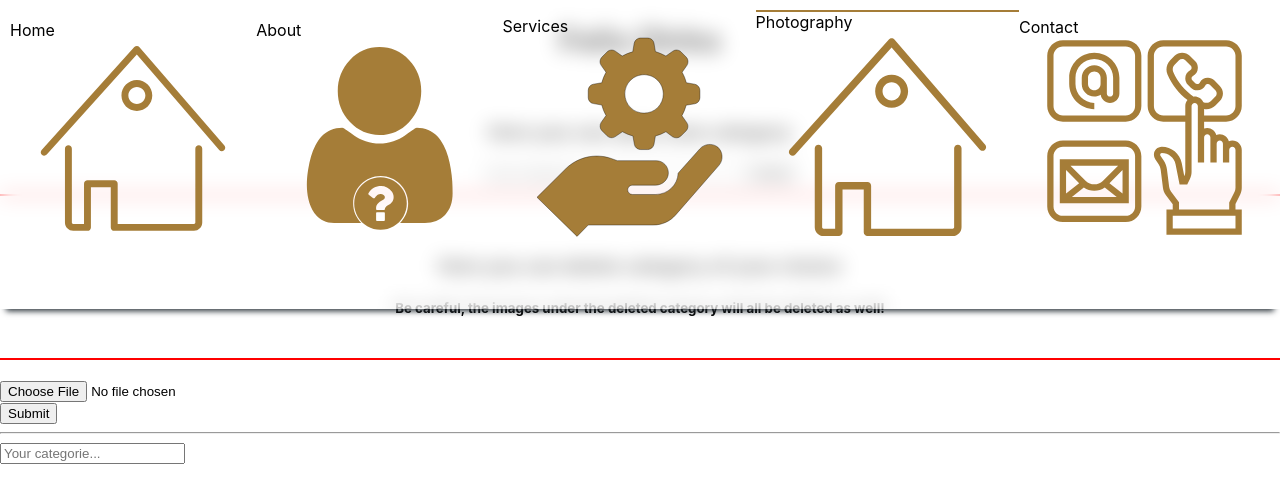
Repository: muhanad-musawi/backend-projekt-frondend
Page: /Photography (app in pohtographer/)
An editor plug-in stored every save of this project. The page is shown before and after a run of saves, followed by the edit.
The browser window is 1280 px wide. The pictures show the whole page.
The page's requests for data from a server got no answer. The project was rebuilt for these pictures with package versions that can differ from the ones it lists, and the page was loaded fresh each time. The framework's server and built-in components were replaced by stand-ins that run in the browser. No one was signed in, and anything a server would have sent is missing. Also part of the build but not shown: pohtographer/next.config.js, pohtographer/styles/Footer.module.css.

Above is the page before, as saved 2022-03-24 09:43:29.

### pohtographer/pages/_app.js
import '../styles/globals.css'
import Layout from '../layouts/default'

function MyApp({ Component, pageProps }) {


  const getLayout = Component.getLayout
  || ((page) => (<Layout>{page}</Layout>))

  return  getLayout (<Component {...pageProps} />


  )

}

export default MyApp

### pohtographer/pages/Photography.jsx
import styles from "../styles/Photography.module.css";
import Image from "next/image";
import { useState, useEffect } from "react";
import GetAllCategory from "../components/GetAllCategory";
import AddCategory from "../components/AddCategory";
import DeleteCategory from "../components/DeleteCategory";
import AddPhoto from "../components/AddPhoto";
import CategorieImage from "../components/CategorieImage";

function Photography() {

  const initialInput = {
    categorie: "",
  };

  const [categories, setCategories] = useState([]);
  const [inputs, setInputs] = useState(initialInput);
  const [param, setParam] = useState("")


  useEffect(() => {
    fetchCategoriesData();
  }, []); //Dependancy Array

  const BACKEND_URL =
    process.env.NEXT_PUBLIC_BACKEND_URL; /* || 'http://localhost:4000' */
  const RECORDS_PATH = BACKEND_URL + "/photo-gallery/all";

  //console.log(BACKEND_URL);

  // get all categorie  ↓

  const fetchCategoriesData = async () => {
    /*'http://localhost:4000/photo-gallery'*/

    await fetch(RECORDS_PATH)
      .then((response) => response.json())
      .then((data) => {
        //console.log("data" + data)
        setCategories(data);
        //console.log("categorie" + categories)
      })
      .catch((err) => console.log(err));
  };

  // get all categorie ↑

  // new categorie Add ↓

  function handleInputChange(event) {
    const value = event.target.value;
    const name = event.target.name;
    setInputs({
      ...inputs,
      [name]: value,
    });
  }
  console.log(inputs);
  const Categorie_PATH = BACKEND_URL + "/photo-gallery/new";

  const fetchCategoryAddData = (category) => {
    console.log("category:" + category);

    /*'http://localhost:4000/records'*/

    const categoryJson = JSON.stringify(category);
    fetch(Categorie_PATH, {
      method: "POST",
      headers: {
        "Content-Type": "application/json",
      },
      body: categoryJson,
    })
      .then((response) => {
        if (response.status !== 201) {
          alert("An Error occured");
          return;
        } else {
          fetchCategoriesData(); //router.reload(window.location.pathname) //navigate("/Photography", { replace: true });
          return response.json();
        }
      })
      .catch((err) => console.log(err));
  };

  function handleSubmit(event) {
    event.preventDefault();
    if (
      categories.find((category) => category.categorie === inputs.categorie)
    ) {
      alert("category exist");
    } else {
      const newCategory = {
        ...inputs,
      };
      fetchCategoryAddData(newCategory);
    }
  }

  // New categorie add ↑

  // categorie delete ↓

  async function onDelete(id) {
    let check = prompt("Type YES to delete");
    if (check === "YES" || check === "yes") {
      console.log("id", id);
      await fetch(BACKEND_URL + `/photo-gallery/${id}`, {
        method: "delete",
      })
        .then((response) => {
          if (response.status !== 200) {
            return;
          } else {
            //Wenn wir die API selber besitzen
            //fetchUserData()
            setCategories(
              categories.filter((category) => {
                return category._id !== id;
              })
            );
          }
        })
        .catch((error) => console.log(error));
    } else {
      alert("Wrong Delete");
    }
  }

  const handleInputChangeCategory = (e) =>{
    setParam(e.target.value.toLowerCase())
  }

  // categorie delete ↑

  return (
    <div>
      <div className={styles.addCategory}>
        <AddCategory
          inputs={inputs}
          handleSubmit={handleSubmit}
          handleInputChange={handleInputChange}
        />
      </div>

      <div className={styles.deleteCategory}>
        <DeleteCategory categories={categories} onDelete={onDelete} />
      </div>

      <div>

     <AddPhoto categories={categories}/>
     <input onChange={handleInputChangeCategory} type="text" placeholder="Your categorie..."/>
     </div>


      <div>
        <GetAllCategory categories={categories} />
      </div>


     <div>

       <CategorieImage
        categories={categories}
        param={param}
        />
     </div>


    </div>
  );
}

export default Photography;

### pohtographer/styles/globals.css
html,
body {
  padding: 0;
  margin: 0;
  font-family: -apple-system, BlinkMacSystemFont, Segoe UI, Roboto, Oxygen,
    Ubuntu, Cantarell, Fira Sans, Droid Sans, Helvetica Neue, sans-serif;
}

a {
  color: inherit;
  text-decoration: none;
}

* {
  box-sizing: border-box;
}

### pohtographer/layouts/default.jsx

import Header from '../components/Header'

import Footer from '../components/Footer'
import Head from 'next/head'


function Layout ({children}) {
  return (
    <div>
       <Header/>
       <Head>
        <title>my-App</title>
        <meta name="description" content="Generated by create next app" />
        <link rel="icon" href="/favicon.ico" />
      </Head>
      {children}
      <Footer/>
    </div>
  )
}

export default Layout

### pohtographer/styles/Photography.module.css
 .addCategory {
   text-align: center;
   margin: 10px 0;
   padding: 10px 0;
   border-bottom: 2px solid red;
 }

 .deleteCategory {
  text-align: center;
  margin: 20px 0;
  padding: 20px 0;
  border-bottom: 2px solid red;
 }

 .deleteCategoryBTN {
   display: flex;
   justify-content: space-evenly;
   align-items: center;

 }

### pohtographer/components/GetAllCategory.jsx
import styles from '../styles/GetAllCategory.module.css'




function GetAllCategory ({categories}){

  return (
    <div className={styles.imageCategory} >
      {categories.map((category, index) => (
        <div key={index}>
          <ul className={styles.ulCategory} key={index}>
            <li key={index}>{category.categorie} </li>
          </ul>
        </div>
      ))}
    </div>
  );
};

export default GetAllCategory;

### pohtographer/components/AddCategory.jsx
import styles from '../styles/AddCategory.module.css'


function AddCategory({handleSubmit , inputs ,   handleInputChange}) {
  return (
    <div>
      <h3>Here you can add a new category</h3>
      <form className="addRecordsForm" action="" onSubmit={handleSubmit}>
        <input
          type="text"
          name="categorie"
          placeholder=" new categorie"
          value={inputs.categorie}
          size="30"
          maxLength="50"
          onChange={handleInputChange}
        ></input>
        <input type="submit" value="Send" />
      </form>
    </div>
  )
}

export default AddCategory

### pohtographer/components/DeleteCategory.jsx
import styles from "../styles/DeleteCategory.module.css";

function DeleteCategory({ categories, onDelete }) {
  return (
    <div>
      <h3>Here you can delete category of your choice</h3>
      <h5>
        Be careful, the images under the deleted category will all be deleted as
        well!
      </h5>
      <div className={styles.deleteCategoryBTN}>
        {categories.map((category, index) => (
          <div>
            <div key={index}>
              <button onClick={() => onDelete(category._id)}>
                🗑️ {category.categorie}
              </button>
            </div>
          </div>
        ))}
      </div>
    </div>
  );
}

export default DeleteCategory;

### pohtographer/components/AddPhoto.jsx
 import {useState} from 'react'

 function AddPhoto({categories}) {
  const BACKEND_URL = process.env.NEXT_PUBLIC_BACKEND_URL;
  const RECORDS_PATH = BACKEND_URL + "/photos/new";

  const API_PHOTO_NAME = "uploaded_file"

  const [newFile, setNewFile] = useState({ photo: "" });
  const [photoCategorie, setPhotoCategorie] = useState("events");
  const [imageSrc, setImageSrc] = useState(""); // Bild als Daten (String)

  const handleSubmit = async (e) => {

    e.preventDefault();
    const formData = new FormData();
    formData.append(API_PHOTO_NAME, newFile.photo);
    //console.log( "formData"+formData)
    //console.log("categorie"+photoCategorie)

    await fetch(RECORDS_PATH , {
      method: "POST",
      body: formData,
    })
    .then((response)=>{
      console.log("response" + response.status)
      if(response.status === 201){
        alert("Image was saved!")
        setNewFile("");
        setImageSrc("")
        setPhotoCategorie("")
      } else{
        alert("Some Error occured")
      }
    })
    .catch((error)=>console.log(error))
  };

  const handlePhoto = (e) => {
    const [file] = e.target.files;
    if (file) {
      setImageSrc(URL.createObjectURL(file));
    }
    setNewFile({ photo: file });
  };

  return (
    <div>
      <form onSubmit={handleSubmit} encType="multipart/form-data">
        <input
          type="file"
          accept=".png, .jpg, .jpeg"
          name="photo"
          onChange={handlePhoto}
        />
        <br />
        {imageSrc.length === 0 ? null : (
          <div>
            Image Preview...
            <img width="20%" height="auto" src={imageSrc} alt="text" />
          </div>
        )}

         {categories.map((categorie, index) => <span key={index} >{categorie.categorie}</span>)}

        {/*
        <select onChange={(e)=>setPhotoCategorie(e.target.value)}>
          {categories.map((categorie, index) => <option key={index} value={categorie}>{categorie}</option>)}
        </select>
        */}
        <input type="submit" />
        <hr />
      </form>
    </div>
  );
}
export default AddPhoto;

### pohtographer/components/CategorieImage.jsx
import React, { useEffect, useState } from 'react';
import styles from '../styles/CategorieImage.module.css';

function CategorieImage({categories, param}) {

  const [images,setImages] = useState([]);

  useEffect(()=>{
    fetchAllImages()
  }, [])

  const fetchAllImages = async () => {

    const BACKEND_URL =
    process.env.NEXT_PUBLIC_BACKEND_URL; /* || 'http://localhost:4000' */
    const RECORDS_PATH = BACKEND_URL + "/photos/all";
    /*'http://localhost:4000/photos/all'*/

    await fetch(RECORDS_PATH)
      .then((response) => response.json())
      .then((data) => {
        //console.log("data" + data)
        setImages(data);
        //console.log("categorie" + categories)
      })
      .catch((err) => console.log(err));
  };


 // events muss durch user input ausgetauscht werden in der filter funktion fuer die darstellung
 //  {images.filter(image.pathCategorie==="events").map((image,

  if (categories.includes(param)) {
    return(
      images.filter(image.pathCategorie===param).map((image,
        <div key={index}>
          <img src={image.path} alt="picture"/>
        </div>
      ))
    )
  }
  return (
    <div className= {styles.imgMap} >
      {
        images.map((image, index) => (
          <div className={styles.imgContainer} key={index}>
            <img className={styles.img} src={image.path} alt="picture"/>
          </div>
        ))
      }
    </div>
  )
}

export default CategorieImage

### pohtographer/components/Header.jsx
import Link from 'next/link'
import Image from 'next/image'
import home from '../img/home.svg'
import about from '../img/about.svg'
import service from '../img/service.svg'
import experience from '../img/experience.svg'
import contact from '../img/contact.svg'

import styles from '../styles/Header.module.css'
import { useRouter } from "next/router";



function Header() {

  const router = useRouter();

  return (
    <div className={styles.navbarCenter} >
      <h1 className={styles.logoName}>Felix Dirks</h1>
    <div className={styles.headerLinks}>

        <Link href="/">
          <a className={router.pathname == "/" ? styles.active : ""}><span className='desktopVersion'>Home</span>
        <span className='mobileVersion'>

        <Image src={home} alt="home" />

        </span></a>
        </Link>

        <Link href="/About">
          <a className={router.pathname == "/About" ? styles.active : ""}>
          <span className='desktopVersion'>About</span>
        <span className='mobileVersion'>

        <Image src={about} alt="home" />

        </span>
          </a>
        </Link>

        <Link href="/Services">
          <a className={router.pathname == "/Services" ? styles.active  : ""}>
          <span className='desktopVersion'>Services</span>
        <span className='mobileVersion'>

        <Image src={service} alt="home" />

        </span>
          </a>
        </Link>

        <Link href="/Photography">
          <a className={router.pathname == "/Photography" ? styles.active  : ""}>
          <span className='desktopVersion'>Photography</span>
        <span className='mobileVersion'>

        <Image src={home} alt="home" />

        </span>
          </a>
        </Link>

        <Link href="/Contact">
          <div className={router.pathname == "/Contact" ? styles.active : ""}>
          <span className='desktopVersion'>Contact</span>

        <span className='mobileVersion'>

        <Image src={contact} alt="contact" />

        </span>
          </div>
        </Link>

        </div>

    </div>
  )
}

export default Header

### pohtographer/components/Footer.jsx
import styles from '../styles/Footer.module.css'

function Footer() {
  return (
    <div className={styles.footer} >

    </div>
  )
}

export default Footer

### pohtographer/styles/GetAllCategory.module.css

.imageCategory{
  display: flex;
  justify-content: space-evenly;

}

.ulCategory{
  list-style-type: none;
 }

### pohtographer/styles/DeleteCategory.module.css

.deleteCategoryBTN {
  display: flex;
  justify-content: space-evenly;
  align-items: center;

}

### pohtographer/styles/CategorieImage.module.css

.imgMap{
  width: 100%;

}

.imgContainer{
  margin: 20px 10px;
}

.img{
  width: 40%;
}

### pohtographer/styles/Header.module.css
/*
$color-white:#ffffff;
$footer-color:#737373;
$color-gold:#a57d38;
$color-dark:#242d34;
*/




.navbarCenter{
  width: 100%;
  display: flex;
  justify-content: center;

}

.headerLinks{
  -webkit-backdrop-filter: blur(10px);
    backdrop-filter: blur(10px);
    background-color: rgba(255, 255, 255, 0.5);

  margin: auto auto;
  padding: 10px;
  margin-bottom: 50px;
  display: flex;
  justify-content: space-around;
  align-items: center;

  border-radius: 40px;
  overflow: hidden;
  position: fixed;
  bottom: 0;
  width: 85%;
}

 .mobileVersion{
  display: flex;
  justify-content: center;
  align-items: center;
  visibility: visible;
  border: 1px solid  #a57d38;
  border-radius: 60%;
}
 .mobileVersion:hover{
  border: 1px solid  #a57d38;
  background-color: #242d34;
  border-radius: 60%;
}
.active{
  background-color: #242d34;
  border-radius: 60%;
  border: 2px solid  #a57d38;
}

.mobileVersion img {
  width: 40px;
  margin: 5px;
  margin-left:10px ;
  margin-right:10px ;
  margin-top: 10px;
}

.desktopVersion{
  display: none;
  visibility: hidden;
}



@media screen and (min-width: 1024px) {

  .navbarCenter{

    position: sticky;
    overflow: hidden;
    z-index: 2;
    top: 0;

    width: 100%;
  }


  .headerLinks{
    width: 100%;
    -webkit-backdrop-filter: blur(10px);
      backdrop-filter: blur(10px);
      background-color: rgba(255, 255, 255, 0.5);


    justify-content: space-around;
    margin-top: 0px ;
    margin-bottom: 0px;
    border-radius: 0;
    bottom:unset;


    -webkit-box-shadow: 0 8px 6px -6px #242d34;
    -moz-box-shadow: 0 8px 6px -6px #242d34;
         box-shadow: 0 8px 6px -6px #242d34;
  }


  .active{

    background-color:initial;
    border-radius: 0;
    border: none;
    border-top: 2px solid #a57d38;
  }

   .mobileVersion{
    display: none;
    visibility: hidden;
  }
  .desktopVersion{



    display: block;
    visibility: visible;
  }




}

Loaded but not shown: pohtographer/styles/AddCategory.module.css (no stored copy; drawn as an empty file)

After the next 3 saves:
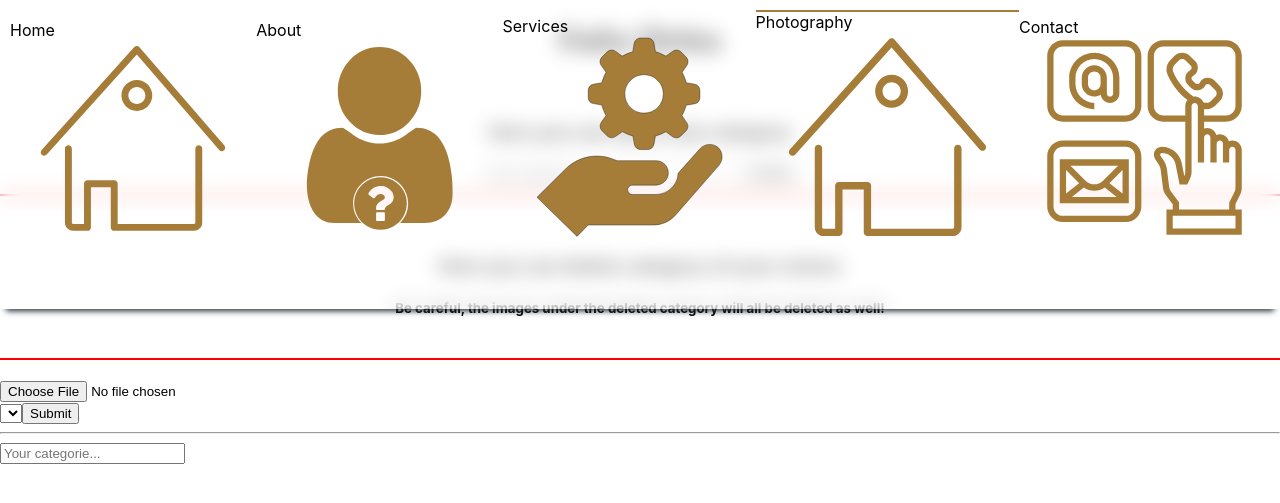
The 3 saves are shown as one change because they came seconds apart.
The last was saved 53 s later.
--- a/pohtographer/components/AddPhoto.jsx
+++ b/pohtographer/components/AddPhoto.jsx
@@ -61,13 +61,12 @@
           </div>
         )}
 
-         {categories.map((categorie, index) => <span key={index} >{categorie.categorie}</span>)}
 
-        {/*
+
         <select onChange={(e)=>setPhotoCategorie(e.target.value)}>
           {categories.map((categorie, index) => <option key={index} value={categorie}>{categorie}</option>)}
         </select>
-        */}
+
         <input type="submit" />
         <hr />
       </form>
